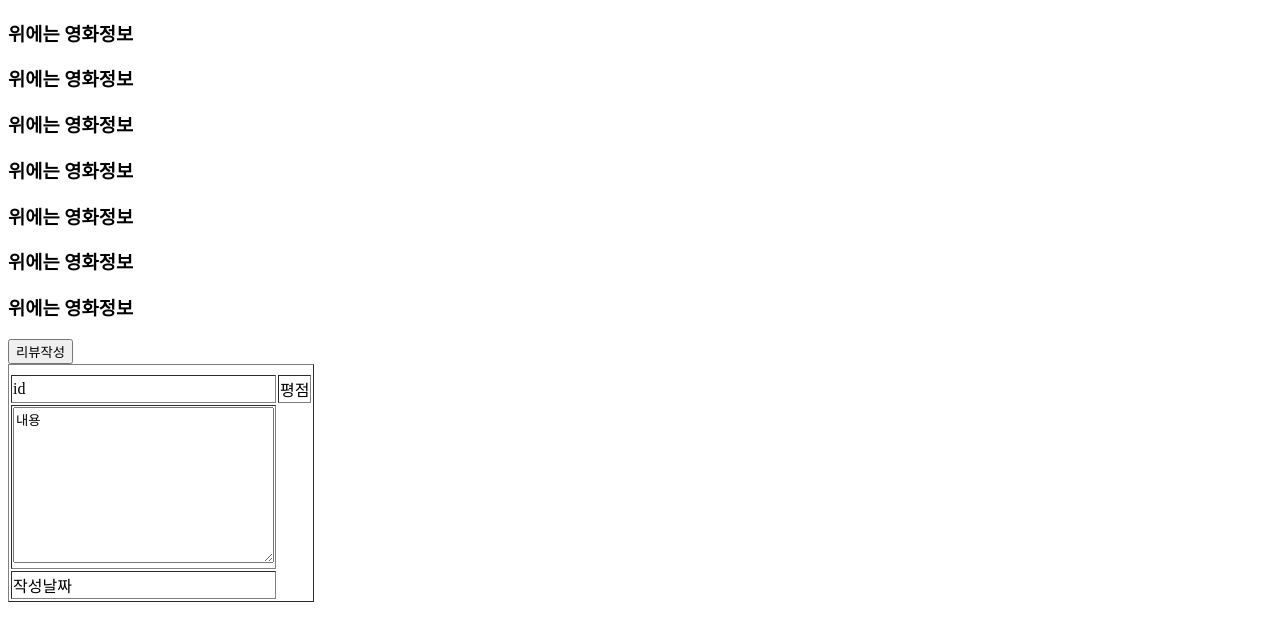
Repository: homerking-092/project
Page: http://localhost/MovieProject/review/review_list.jsp
These files come from the project's save history. The page is drawn as it stood at one moment and after the next save; the edit follows.
The browser window is 1280 px wide. The pictures show the whole page.
The page is served by Tomcat 9.

Above is the page before, as saved 2021-08-15 09:11:14.

After the next save:
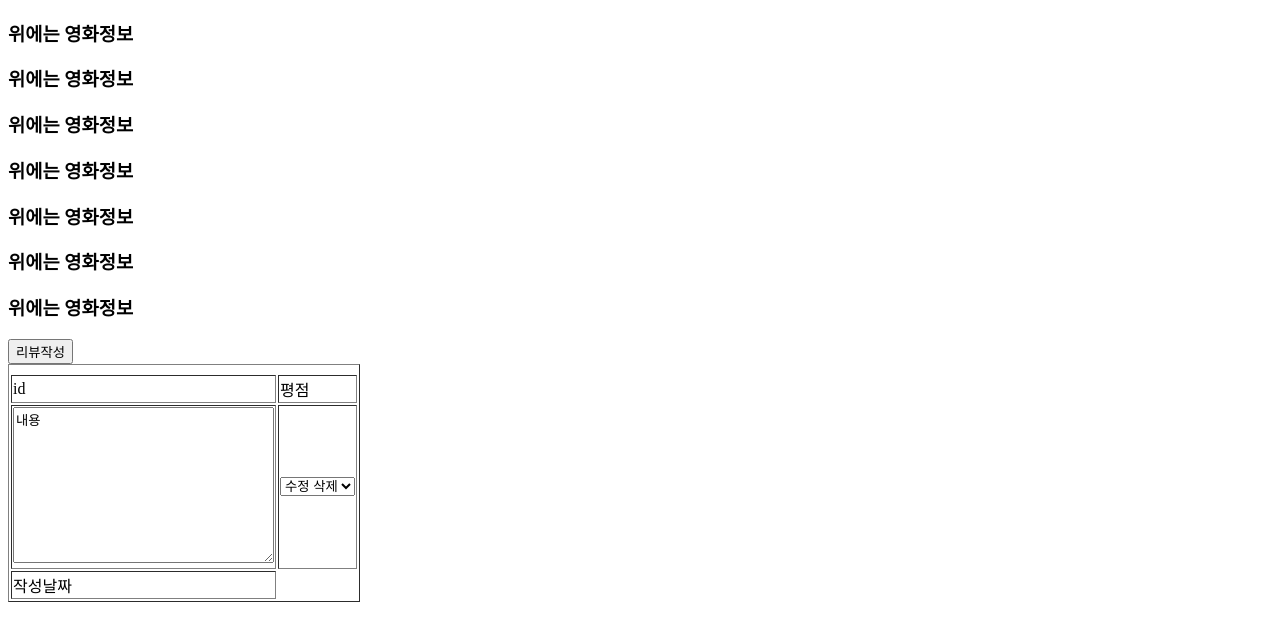
Saved 4 min 47 s later.
--- a/MovieProject/WebContent/review/review_list.jsp
+++ b/MovieProject/WebContent/review/review_list.jsp
@@ -33,7 +33,12 @@
 		</tr>
 		<tr>
 			<td><textarea rows="10" cols="30">내용</textarea></td>
-
+			<td><select name="select">
+					<option value="">수정 삭제</option>
+					<option value="수정">수정</option>
+					<option value="삭제">삭제</option>
+				</select>
+			</td>
 		</tr>
 		<tr>
 			<td>작성날짜</td>
